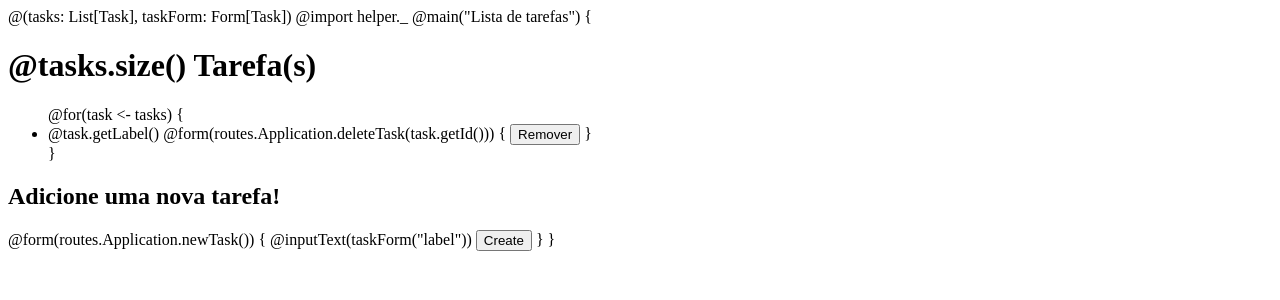
Repository: lcavalcante/si1
Page: lab2/.target/views/index.scala.html
The author's editor kept a copy of each file at every save. The page is drawn from the files as they stood at one save, then again after the next save.
The browser window is 1280 px wide. The pictures show the whole page.

Above is the page before, as saved 2013-11-26 23:46:55.

### lab2/.target/views/index.scala.html
@(tasks: List[Task], taskForm: Form[Task])

@import helper._

@main("Lista de tarefas") {

    <h1>@tasks.size() Tarefa(s)</h1>

    <ul>
        @for(task <- tasks) {
            <li>
                @task.getLabel()

                @form(routes.Application.deleteTask(task.getId())) {
                    <input type="submit" value="Remover">
                }
            </li>
        }
    </ul>

    <h2>Adicione uma nova tarefa!</h2>

    @form(routes.Application.newTask()) {

        @inputText(taskForm("label"))

        <input type="submit" value="Create">

    }

}

After the next save:
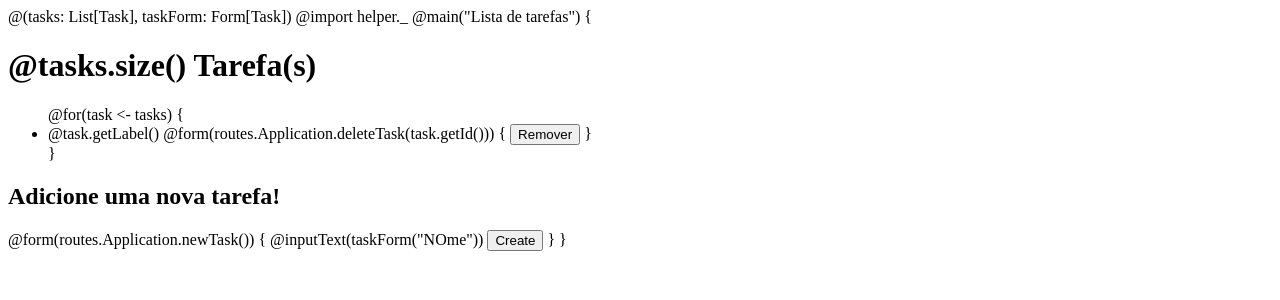
Saved 6 s later.
--- a/lab2/.target/views/index.scala.html
+++ b/lab2/.target/views/index.scala.html
@@ -22,7 +22,7 @@
 
     @form(routes.Application.newTask()) {
 
-        @inputText(taskForm("label"))
+        @inputText(taskForm("NOme"))
 
         <input type="submit" value="Create">
 
